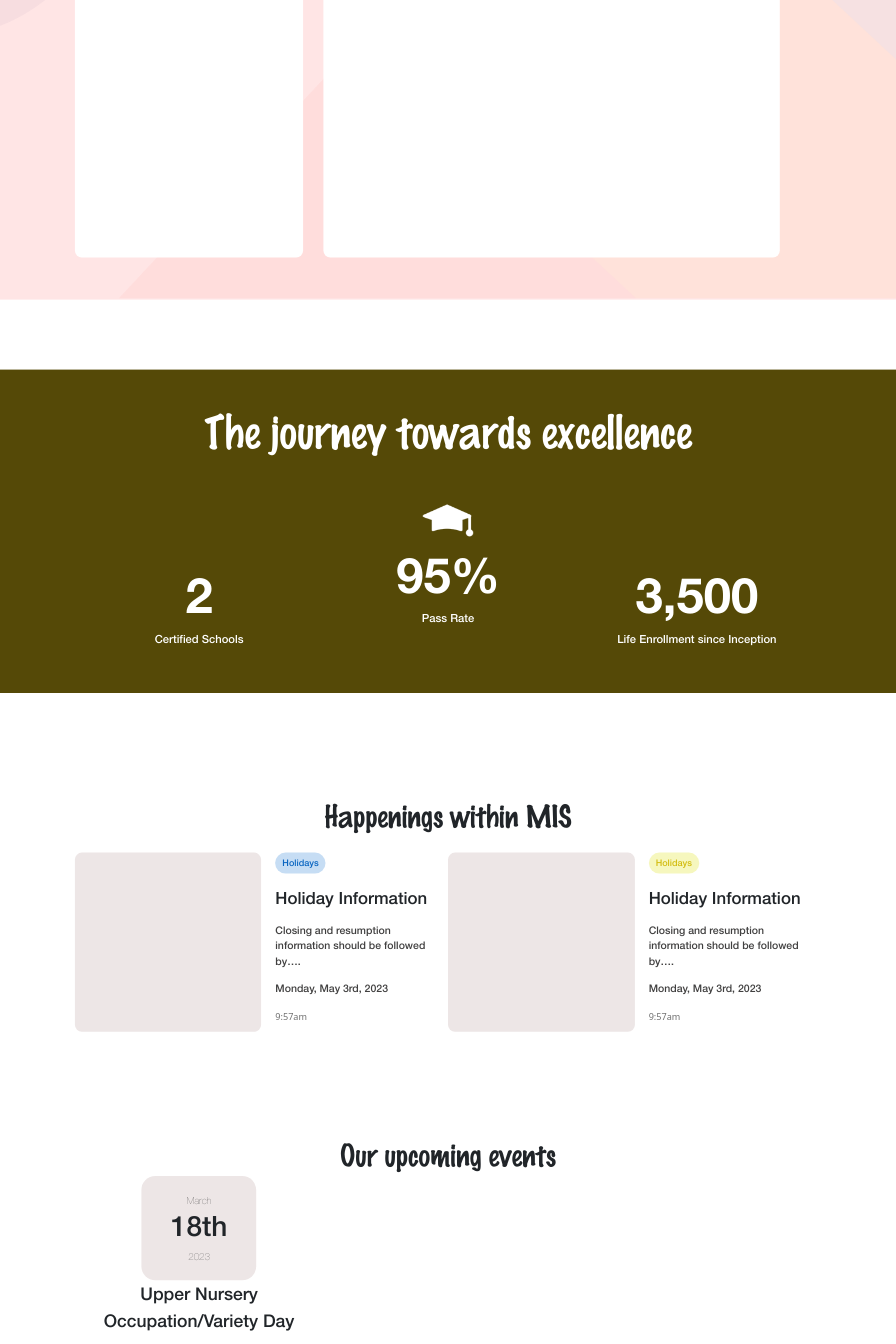
Repository: sarahnnanyelugo/MIGS
Page: /
These files come from the project's save history. The page is drawn as it stood at one moment and after the next save; the edit follows.
The browser window is 1280 px wide. The pictures show the part of the page from y = 3530 to 5450 px (the page is 5450 px tall), at 70% of full size.
The project was rebuilt for these pictures with package versions that can differ from the ones it lists, and the page was loaded fresh each time.

Above is the page before, as saved 2023-05-30 14:07:01.

After the next save:
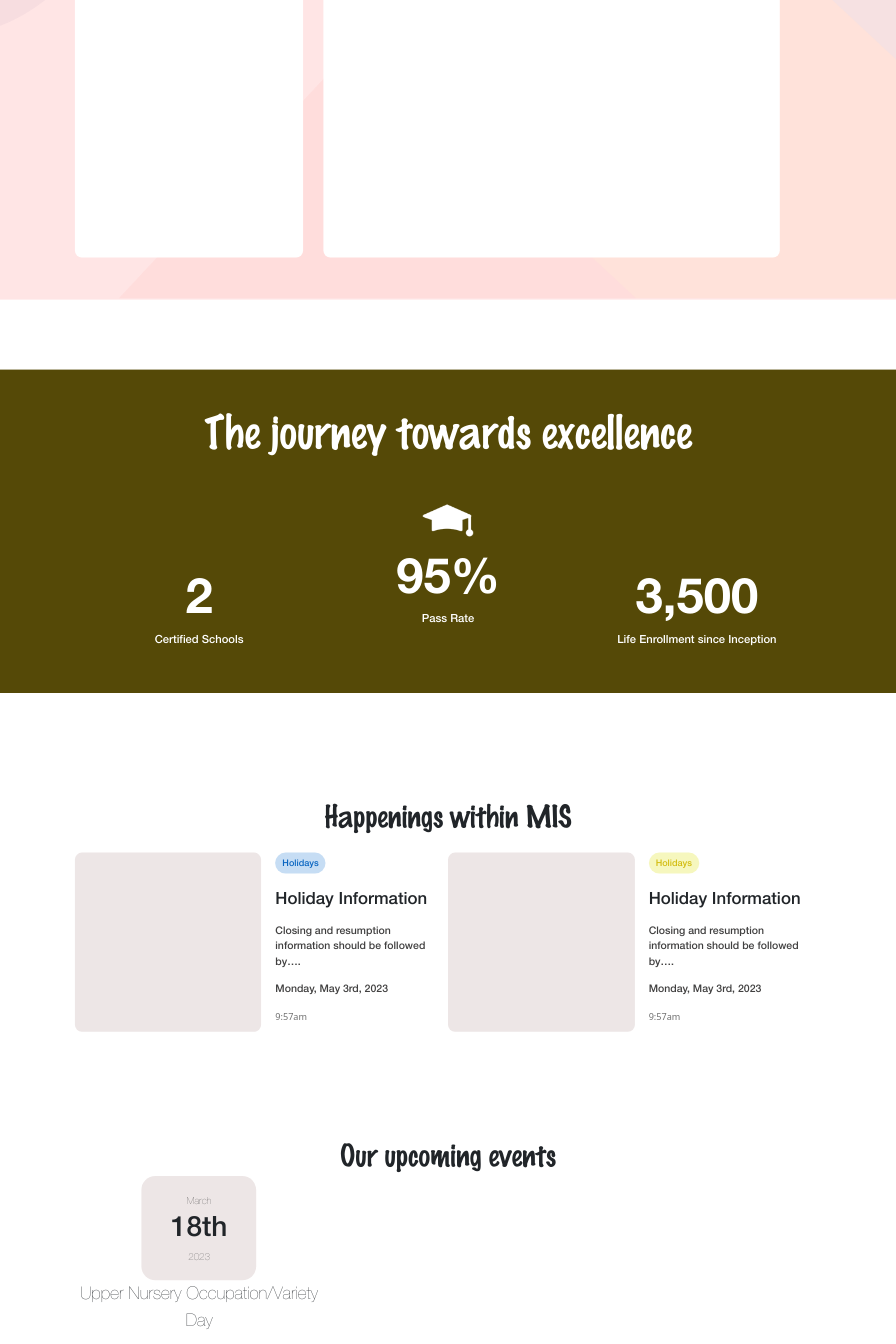
Saved 116 s later.
--- a/src/pages/Home/home.scss
+++ b/src/pages/Home/home.scss
@@ -176,7 +176,7 @@
 }
 .upcoming-div {
   p {
-    font-family: helveticaM;
+    font-family: helveticaR;
     font-size: 25px;
   }
 }
